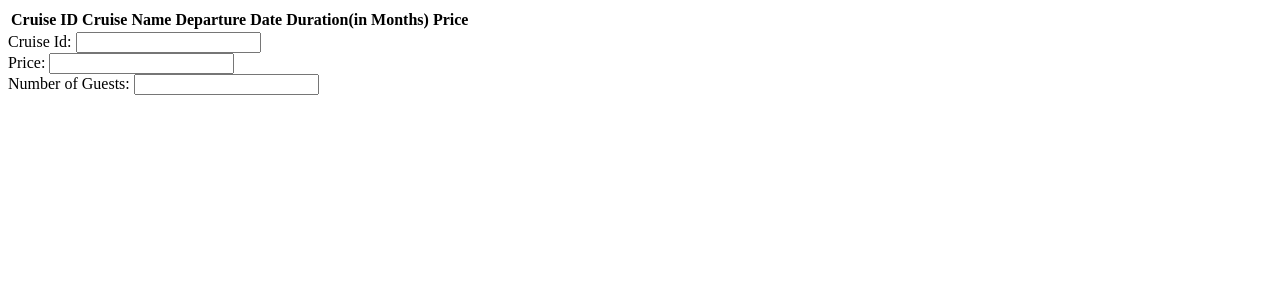
Repository: hassaanbk/CruiseBookingAndManaging
Page: http://localhost/booking
The author's editor kept a copy of each file at every save. The page is drawn from the files as they stood at one save, then again after the next save.
The browser window is 1280 px wide. The pictures show the whole page.
The page is this project's Thymeleaf template; nobody is signed in. The template is opened directly, without the code that normally fills it, so the values that code supplies are empty.

Above is the page before, as saved 2022-12-12 05:35:16.

### CustomerMicroService/src/main/resources/templates/booking.html
<!DOCTYPE html>

<html xmlns:th="http://www.thymeleaf.org">

<head>

<meta charset="ISO-8859-1">

<title>Bookings</title>

</head>

<body>

<table>

        <thead>

         <tr>

           <th>Cruise ID</th>

           <th>Cruise Name</th>

           <th>Departure Date</th>

           <th>Duration(in Months)</th>

           <th>Price</th>

        </tr>

        </thead>

        <tbody>

          <tr th:each="cruise:${cruises}">

             <td th:text="${cruise.cruiseId}">Cruise ID</td>

             <td th:text="${cruise.cruiseName}">Cruise Name</td>

             <td th:text="${cruise.departureDate}">Departure Date</td>

             <td th:text="${cruise.duration}">Duration</td>

             <td th:text="${cruise.price}">Price</td>

          </tr>

        </tbody>

    </table>

    <form action="booked" method="POST">
		Cruise Id: <input type="text" name="cruiseId"/> <br/>
		Price: <input type="text" name="price"/> <br/>
		Number of Guests: <input type="text" name="numberOfGuests"/>
	</form>

</body>

</html>

After the next save:
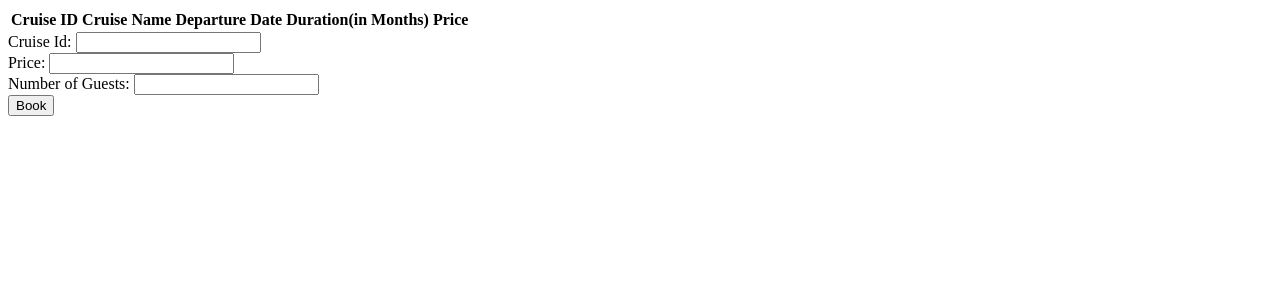
Saved 72 s later.
--- a/CustomerMicroService/src/main/resources/templates/booking.html
+++ b/CustomerMicroService/src/main/resources/templates/booking.html
@@ -55,7 +55,8 @@
     <form action="booked" method="POST">
 		Cruise Id: <input type="text" name="cruiseId"/> <br/>
 		Price: <input type="text" name="price"/> <br/>
-		Number of Guests: <input type="text" name="numberOfGuests"/>
+		Number of Guests: <input type="text" name="numberOfGuests"/> <br/>
+		<input type="submit" value="Book"/>
 	</form>
 
 </body>
